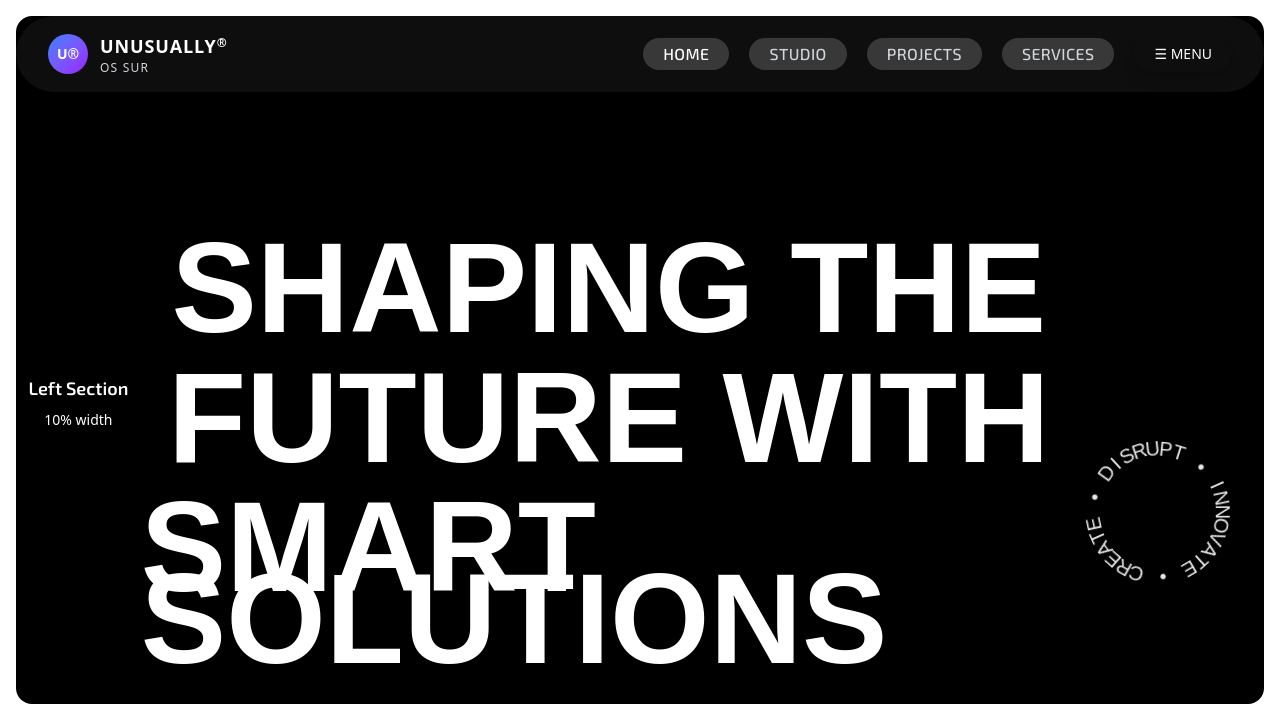
Repository: A-y-u-s-h-29/Digital-Express-India-With-Carrer-Page-And-RazorPay
Page: / (app in op/)
An editor plug-in stored every save of this project. The page is shown before and after the next save, followed by the edit.
The browser window is 1280 px wide. The pictures show the whole page.
Some web fonts or font styles are not loaded; a fallback is used. The project was rebuilt for these pictures with package versions that can differ from the ones it lists, and the page was loaded fresh each time. Also part of the build but not shown: op/vite.config.js.

Above is the page before, as saved 2025-12-04 15:30:46.

### op/index.html
<!doctype html>
<html lang="en">
  <head>
    <meta charset="UTF-8" />
    <link rel="icon" type="image/svg+xml" href="/vite.svg" />
    <meta name="viewport" content="width=device-width, initial-scale=1.0" />
    <link rel="preconnect" href="https://fonts.googleapis.com">
<link rel="preconnect" href="https://fonts.gstatic.com" crossorigin>
<link href="https://fonts.googleapis.com/css2?family=Alan+Sans:wght@300..900&family=Big+Shoulders:opsz,wght@10..72,100..900&family=Exo+2:ital,wght@0,100..900;1,100..900&family=Montserrat:ital,wght@0,100..900;1,100..900&family=Orbitron:wght@400..900&family=Poppins:ital,wght@0,100;0,200;0,300;0,400;0,500;0,600;0,700;0,800;0,900;1,100;1,200;1,300;1,400;1,500;1,600;1,700;1,800;1,900&family=Rajdhani:wght@300;400;500;600;700&display=swap" rel="stylesheet">
<link rel="preconnect" href="https://fonts.googleapis.com">
<link rel="preconnect" href="https://fonts.gstatic.com" crossorigin>
<link href="https://fonts.googleapis.com/css2?family=Alan+Sans:wght@300..900&family=Big+Shoulders:opsz,wght@10..72,100..900&family=Exo+2:ital,wght@0,100..900;1,100..900&family=Montserrat:ital,wght@0,100..900;1,100..900&family=Orbitron:wght@400..900&family=Poppins:ital,wght@0,100;0,200;0,300;0,400;0,500;0,600;0,700;0,800;0,900;1,100;1,200;1,300;1,400;1,500;1,600;1,700;1,800;1,900&family=Rajdhani:wght@300;400;500;600;700&display=swap" rel="stylesheet">
    <title>op</title>
  </head>
  <body>
    <div id="root"></div>
    <script type="module" src="/src/main.jsx"></script>
  </body>
</html>

### op/src/index.css
@import "tailwindcss";
*{
  box-sizing: border-box;
}
.big {
  font-family: "Big Shoulders", sans-serif;

  font-style: normal;
}
.exo {
  font-family: "Exo 2", sans-serif;

  font-style: normal;
}

### op/src/App.jsx
import React from 'react'
import Home from './components/Home'

function App() {
  return (
   <>
   <Home/>


   </>
  )
}

export default App

### op/src/components/Home.jsx
import React from "react";
import Navbar from "./Navbar";
import CircularText from "./CircularText";


function Home() {
  return (
    <div className="w-full max-h-screen lg:h-[120vh] lg:py-4 lg:px-4">
      <div className="rounded-b-4xl lg:rounded-2xl w-full h-full flex flex-col relative overflow-hidden bg-black">
        {/* Transparent Navbar */}
        <div className="relative z-20">
          <Navbar />
        </div>

        {/* Three Column Layout */}
        <div className="flex flex-1 relative z-10 text-white">
          {/* Left Column - 10% width */}
          <div className="w-[10%] flex items-center justify-center">
            <div className="text-white text-center">
              <p className="exo font-semibold text-lg">Left Section</p>
              <p className="text-sm mt-2">10% width</p>
            </div>
          </div>

          {/* Middle Column - 75% width */}
          <div className="w-[75%] flex flex-col justify-center items-center big">
            <div className="w-full h-full flex flex-col">
              {/* Top Row - 40% height */}
              <div className="h-[40%] flex items-end justify-center pb-4">
                <h1 className="text-5xl md:text-9xl leading-tight md:leading-[4.5rem] font-bold text-white drop-shadow-2xl">
                  SHAPING THE
                </h1>
              </div>

              {/* Middle Row - 30% height */}
              <div className="h-[25%] flex items-center justify-center">
                <h1 className="text-5xl md:text-9xl leading-tight lg:leading-[4.5rem] font-bold text-white drop-shadow-2xl">
                  FUTURE WITH
                </h1>
              </div>

              {/* Bottom Row - 30% height */}
              <div className="h-[35%] flex items-start justify-center pt-4">
                <h1 className="text-5xl md:text-9xl leading-tight lg:leading-[4.5rem] font-bold text-white drop-shadow-2xl">
                  SMART SOLUTIONS
                </h1>
              </div>
            </div>
          </div>

          {/* Right Column - 15% width */}
          <div className="w-[15%] flex flex-col justify-center  ">
            {/* Vertical Circular Text */}
            <div className="relative h-full  ">
              <button className="mt-55">
              <CircularText
                text="INNOVATE • CREATE • DISRUPT • "
                spinDuration={30}
                onHover="speedUp"
                className="text-white/90  big font-light text-xs  "
              />
              </button>


              {/* Scroll indicator */}

            </div>


          </div>
        </div>
      </div>
    </div>
  );
}

export default Home;

### op/src/components/Navbar.jsx
import React, { useState, useRef, useEffect } from 'react';
import { gsap } from 'gsap';

function Navbar({ isHomePage = false }) {
  const [isMenuOpen, setIsMenuOpen] = useState(false);
  const menuOverlayRef = useRef(null);
  const mobileMenuRef = useRef(null);

  // Menu items data for the menu overlay
  const menuOverlayItems = [
    { title: 'HOME', number: '01' },
    { title: 'ABOUT', number: '02' },
    { title: 'PROJECTS', number: '03' },
    { title: 'SERVICES', number: '04' },

  ];

  // Menu items for navbar links
  const navMenuItems = [
    { title: 'HOME', color: 'from-blue-500 to-cyan-400' },
    { title: 'STUDIO', color: 'from-purple-500 to-pink-500' },
    { title: 'PROJECTS', color: 'from-green-500 to-emerald-400' },
    { title: 'SERVICES', color: 'from-yellow-500 to-orange-500' },
    { title: 'ABOUT', color: 'from-red-500 to-rose-400' },
    { title: 'CONTACT', color: 'from-indigo-500 to-blue-400' },
  ];

  // Initialize menu as hidden
  useEffect(() => {
    if (menuOverlayRef.current) {
      menuOverlayRef.current.style.display = 'none';
    }
  }, []);

  const handleMenuClick = () => {
    const wasOpen = isMenuOpen;
    setIsMenuOpen(!wasOpen);

    if (!wasOpen) {
      // OPEN MENU ANIMATION - bottom-right से slide in
      if (menuOverlayRef.current) {
        menuOverlayRef.current.style.display = 'flex';

        // Get the menu container
        const menuContainer = menuOverlayRef.current.querySelector('.relative');

        if (menuContainer) {
          // Initial position - off screen bottom-right
          gsap.set(menuContainer, {
            x: '100%',
            y: '100%',
            opacity: 0,
            scale: 0.9,
            transformOrigin: 'bottom right'
          });

          // Animate to position
          gsap.to(menuContainer, {
            x: 0,
            y: 0,
            opacity: 1,
            scale: 1,
            duration: 0.8,
            ease: 'expo.out'
          });

          // Background fade in
          gsap.fromTo(menuOverlayRef.current,
            { opacity: 0 },
            { opacity: 1, duration: 0.4 }
          );

          // Menu items animation (from bottom)
          const menuItems = menuContainer.querySelectorAll('.menu-item');
          gsap.fromTo(menuItems,
            {
              opacity: 0,
              y: 40
            },
            {
              opacity: 1,
              y: 0,
              duration: 0.6,
              stagger: 0.1,
              delay: 0.3,
              ease: 'power3.out'
            }
          );

          // Close button animation
          const closeBtn = menuContainer.querySelector('.close-btn');
          if (closeBtn) {
            gsap.fromTo(closeBtn,
              { opacity: 0, rotation: -45 },
              { opacity: 1, rotation: 0, duration: 0.5, delay: 0.8 }
            );
          }
        }
      }

      // Mobile menu animation
      if (mobileMenuRef.current) {
        gsap.fromTo(
          mobileMenuRef.current,
          { height: 0, opacity: 0 },
          { height: 'auto', opacity: 1, duration: 0.4 }
        );
      }
    } else {
      // CLOSE MENU ANIMATION - bottom-right को slide out
      if (menuOverlayRef.current) {
        const menuContainer = menuOverlayRef.current.querySelector('.relative');

        if (menuContainer) {
          // Menu items exit
          const menuItems = menuContainer.querySelectorAll('.menu-item');
          gsap.to(menuItems,
            {
              opacity: 0,
              y: 20,
              duration: 0.3,
              stagger: 0.05,
              ease: 'power2.in'
            }
          );

          // Close button exit
          const closeBtn = menuContainer.querySelector('.close-btn');
          if (closeBtn) {
            gsap.to(closeBtn, {
              opacity: 0,
              rotation: 45,
              duration: 0.3
            });
          }

          // Menu container slide out to bottom-right
          gsap.to(menuContainer, {
            x: '100%',
            y: '100%',
            opacity: 0,
            scale: 0.9,
            duration: 0.6,
            ease: 'expo.in',
            onComplete: () => {
              if (menuOverlayRef.current) {
                menuOverlayRef.current.style.display = 'none';
              }
            }
          });

          // Background fade out
          gsap.to(menuOverlayRef.current, {
            opacity: 0,
            duration: 0.4
          });
        }
      }

      // Mobile menu exit animation
      if (mobileMenuRef.current) {
        gsap.to(mobileMenuRef.current, {
          height: 0,
          opacity: 0,
          duration: 0.3
        });
      }
    }
  };

  return (
    <>
      {/* Main Navbar */}
      <nav
        className={`w-full px-6 py-4 lg:px-8 lg:py-4 ${isHomePage ? 'bg-transparent' : 'bg-[#0E0E0E]'} rounded-full relative z-50`}
      >
        <div className="flex items-center justify-between">
          {/* Logo/Brand Section */}
          <div className="flex items-center">
            <div className="w-10 h-10 rounded-full bg-gradient-to-br from-blue-500 to-purple-600 flex items-center justify-center mr-3">
              <span className="text-white font-bold text-sm">U®</span>
            </div>
            <div className="flex flex-col">
              <span className="text-white font-bold text-lg tracking-wider">UNUSUALLY<sup className="text-xs">®</sup></span>
              <span className="text-gray-300 text-xs tracking-widest">OS SUR</span>
            </div>
          </div>

          <div className='flex items-center gap-5'>
            {/* Desktop Navigation Links */}
            <div className="hidden md:flex items-center space-x-5 exo text-md">
              {navMenuItems.slice(0, 4).map((item, index) => (
                <a
                  key={index}
                  href="#"
                  className={`text-gray-300 font-medium tracking-wide hover:text-white transition-colors duration-300 bg-[#383838] px-5 py-1 rounded-full ${item.title === 'HOME' ? 'text-white' : ''}`}
                >
                  {item.title}
                </a>
              ))}
            </div>

            {/* Menu Button */}
            <button
              onClick={handleMenuClick}
              className="px-5 py-2  text-white text-sm font-medium rounded-full hover:from-blue-700 hover:to-purple-700 transition-all duration-300 shadow-lg hover:shadow-xl relative z-50"
            >
              {isMenuOpen ? '✕ CLOSE' : '☰ MENU'}
            </button>

            {/* Mobile Menu Button (Hamburger) */}
            <button
              onClick={handleMenuClick}
              className="ml-4 md:hidden relative z-50"
            >
              <div className={`w-6 h-0.5 bg-white mb-1.5 transition-all duration-300 ${isMenuOpen ? 'rotate-45 translate-y-2' : ''}`}></div>
              <div className={`w-6 h-0.5 bg-white mb-1.5 transition-all duration-300 ${isMenuOpen ? 'opacity-0' : ''}`}></div>
              <div className={`w-6 h-0.5 bg-white transition-all duration-300 ${isMenuOpen ? '-rotate-45 -translate-y-2' : ''}`}></div>
            </button>
          </div>
        </div>

        {/* Mobile Menu Dropdown */}
        <div
          ref={mobileMenuRef}
          className="md:hidden mt-4 pt-4 border-t border-gray-800 overflow-hidden"
          style={{ height: '0px' }}
        >
          <div className="flex flex-col space-y-4">
            {navMenuItems.map((item, index) => (
              <a
                key={index}
                href="#"
                className={`text-gray-300 font-medium py-2 hover:text-white transition-colors ${item.title === 'HOME' ? 'text-white' : ''}`}
              >
                {item.title}
              </a>
            ))}
          </div>
        </div>
      </nav>

      {/* Fullscreen Menu Overlay */}
      <div
        ref={menuOverlayRef}
        className="fixed inset-0  z-40 hidden items-end justify-end px-4 rounded-2xl "
      >
        {/* Menu Container - Image के according simple design */}
        <div
          className="relative h-[70vh] w-[45vw] bg-white  rounded-4xl overflow-hidden shadow-2xl transform-gpu "
          style={{
            transformOrigin: 'bottom right'
          }}
        >
          {/* Simple Header with Brand */}
          <div className="absolute top-8 left-8">
            <div className="flex items-center space-x-3">

              <div>

              </div>
            </div>
          </div>



          {/* Main Content Area - Center aligned like image */}
          <div className="h-full flex flex-col justify-center items-center px-12 ">
            {/* Menu Items - Single Column, Large text like image */}
            <div className="w-full  space-y-2">
              {menuOverlayItems.map((item, index) => (
                <a
                  key={index}
                  href="#"
                  className="menu-item group relative block w-full"
                >
                  <div className="flex items-center justify-between">
                    {/* Title - Left side */}
                    <div className="relative overflow-hidden p-0.5">
                      <h3 className="text-black font-extrabold text-5xl lg:text-7xl  exo tracking-tight opacity-90  group-hover:opacity-100 transition-all duration-500">
                        {item.title}
                      </h3>
                      {/* Underline animation */}

                    </div>

                    {/* Number in parentheses - Right side */}
                    <div className="text-gray-500 text-3xl lg:text-4xl font-light group-hover:text-white transition-colors duration-500">
                      ({item.number})
                    </div>
                  </div>
                </a>
              ))}
            </div>


          </div>


        </div>
      </div>
    </>
  );
}

export default Navbar;

### op/src/components/CircularText.jsx
import React, { useEffect } from 'react';
import { motion, useAnimation, useMotionValue } from 'framer-motion';

const CircularText = ({
  text = 'Circular Text Animation • ',
  spinDuration = 20,
  onHover = 'speedUp',
  className = '',
}) => {
  const letters = Array.from(text);
  const controls = useAnimation();
  const rotation = useMotionValue(0);

  const getRotationTransition = (duration, from, loop = true) => ({
    from,
    to: from + 360,
    ease: 'linear',
    duration,
    type: 'tween',
    repeat: loop ? Infinity : 0,
  });

  const getTransition = (duration, from) => ({
    rotate: getRotationTransition(duration, from),
    scale: {
      type: 'spring',
      damping: 20,
      stiffness: 300,
    },
  });

  useEffect(() => {
    const start = rotation.get();
    controls.start({
      rotate: start + 360,
      scale: 1,
      transition: getTransition(spinDuration, start),
    });
  }, [spinDuration, text, onHover, controls, rotation]);

  const handleHoverStart = () => {
    const start = rotation.get();

    if (!onHover) return;

    let transitionConfig;
    let scaleVal = 1;

    switch (onHover) {
      case 'slowDown':
        transitionConfig = getTransition(spinDuration * 2, start);
        break;
      case 'speedUp':
        transitionConfig = getTransition(spinDuration / 4, start);
        break;
      case 'pause':
        transitionConfig = {
          rotate: { type: 'spring', damping: 20, stiffness: 300 },
          scale: { type: 'spring', damping: 20, stiffness: 300 },
        };
        break;
      case 'goBonkers':
        transitionConfig = getTransition(spinDuration / 20, start);
        scaleVal = 0.8;
        break;
      default:
        transitionConfig = getTransition(spinDuration, start);
    }

    controls.start({
      rotate: start + 360,
      scale: scaleVal,
      transition: transitionConfig,
    });
  };

  const handleHoverEnd = () => {
    const start = rotation.get();
    controls.start({
      rotate: start + 360,
      scale: 1,
      transition: getTransition(spinDuration, start),
    });
  };

  return (
    <div className="flex min-h-[400px] items-center justify-center rounded-lg">
      <motion.div
        className={`relative m-0 mx-auto h-[160px] w-[160px] origin-center cursor-pointer rounded-full text-center font-black text-white ${className}`}
        style={{ rotate: rotation }}
        initial={{ rotate: 0 }}
        animate={controls}
        onMouseEnter={handleHoverStart}
        onMouseLeave={handleHoverEnd}
      >
        {letters.map((letter, i) => {
          const rotationDeg = (360 / letters.length) * i;
          const factor = Math.PI / letters.length;
          const x = factor * i;
          const y = factor * i;
          const transform = `rotateZ(${rotationDeg}deg) translate3d(${x}px, ${y}px, 0)`;

          return (
            <span
              key={i}
              className="absolute  inset-0 inline-block text-xl transition-all duration-500 ease-out"
              style={{
                transform: transform,
                WebkitTransform: transform
              }}
            >

              {letter}
            </span>
          );
        })}

      </motion.div>
    </div>
  );
};

export default CircularText;

Loaded but not shown: op/src/main.jsx (common file)

After the next save:
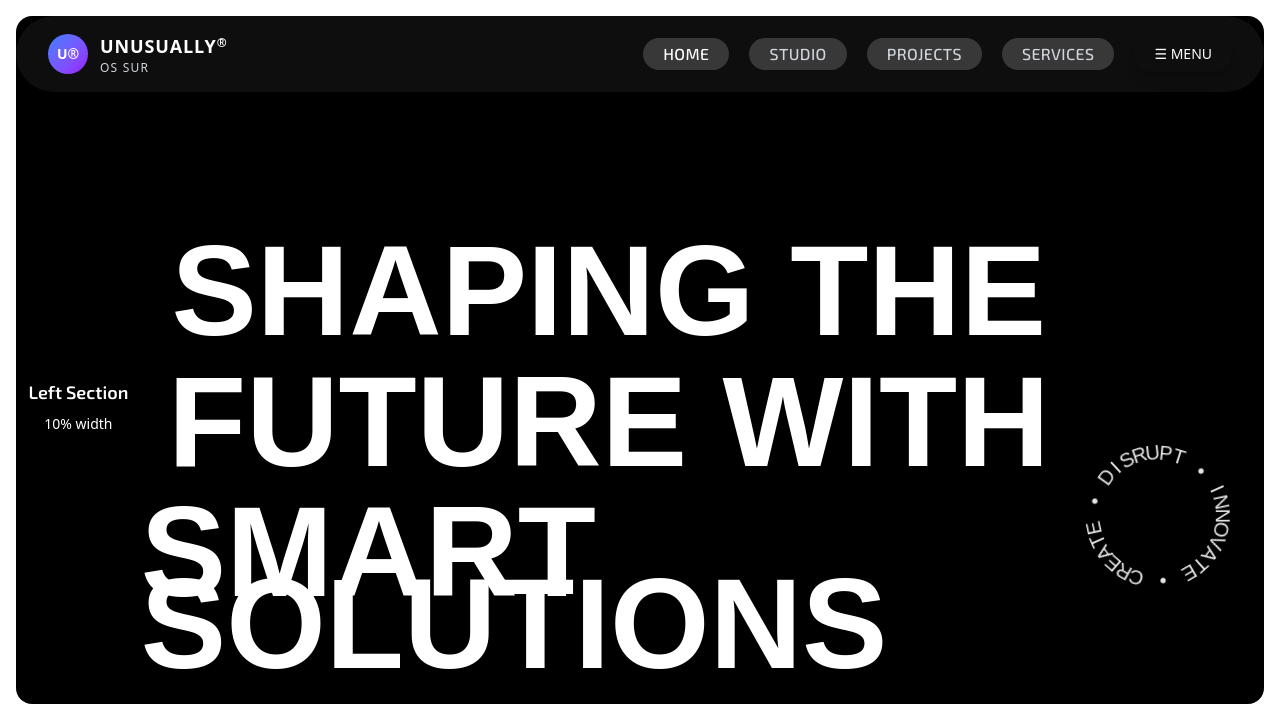
Saved 38 s later.
--- a/op/src/components/Home.jsx
+++ b/op/src/components/Home.jsx
@@ -49,7 +49,7 @@
           </div>
 
           {/* Right Column - 15% width */}
-          <div className="w-[15%] flex flex-col justify-center  ">
+          <div className="w-[15%] flex flex-col justify-center py-1 ">
             {/* Vertical Circular Text */}
             <div className="relative h-full  ">
               <button className="mt-55">

After the save that followed:
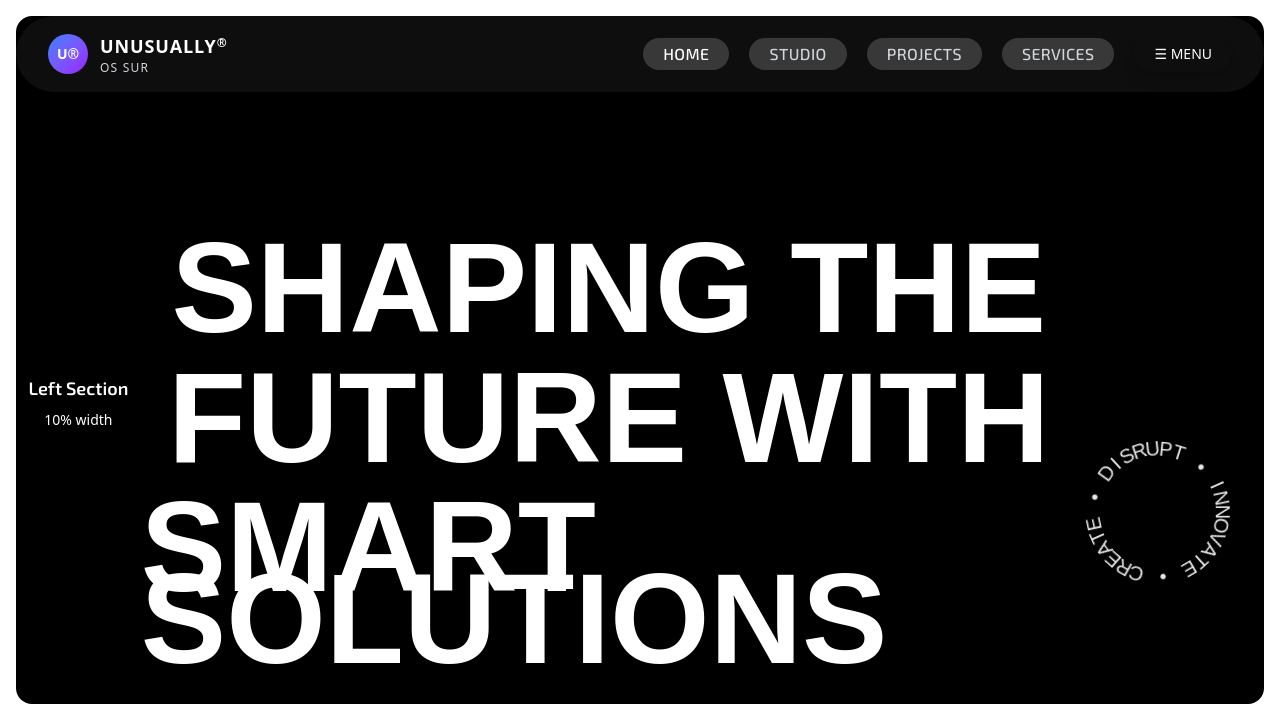
Saved 4 s later.
--- a/op/src/components/Home.jsx
+++ b/op/src/components/Home.jsx
@@ -49,7 +49,7 @@
           </div>
 
           {/* Right Column - 15% width */}
-          <div className="w-[15%] flex flex-col justify-center py-1 ">
+          <div className="w-[15%] flex flex-col justify-center  ">
             {/* Vertical Circular Text */}
             <div className="relative h-full  ">
               <button className="mt-55">
